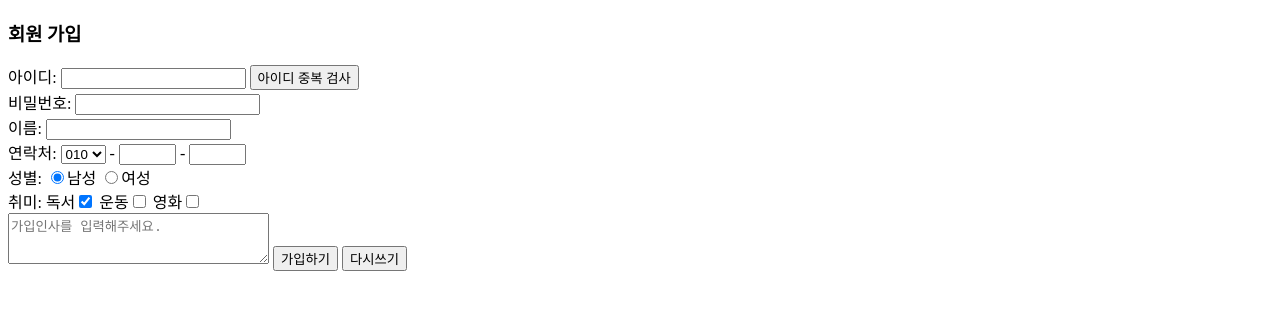
Repository: SJM7301/KH-JSP
Page: http://localhost/JSPBook/ch06/form04.jsp
The author's editor kept a copy of each file at every save. The page is drawn from the files as they stood at one save, then again after the next save.
The browser window is 1280 px wide. The pictures show the whole page.
The page is served by Tomcat 10.

Above is the page before, as saved 2025-02-05 01:11:04.

After the next save:
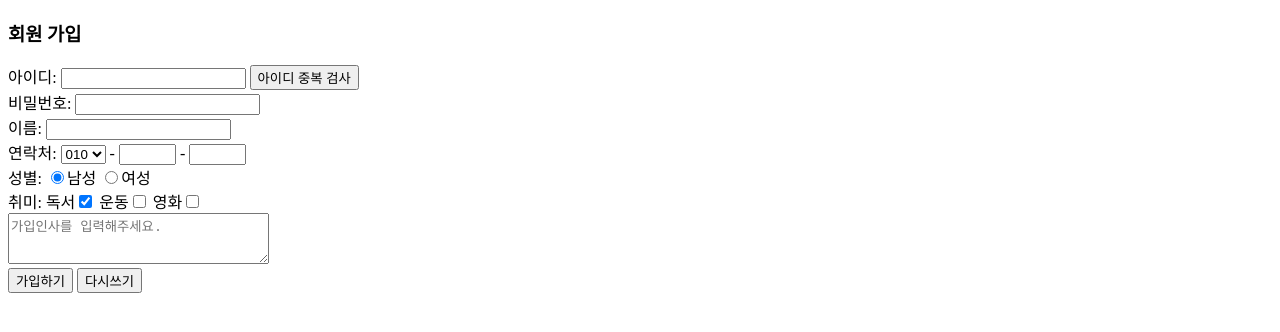
Saved 10 s later.
--- a/JSPBook/src/main/webapp/ch06/form04.jsp
+++ b/JSPBook/src/main/webapp/ch06/form04.jsp
@@ -27,7 +27,7 @@
 			취미: 독서<input type="checkbox" name="hobby1" checked>
 				운동<input type="checkbox" name="hobby2">
 				영화<input type="checkbox" name="hobby3"><br>
-			<textarea rows="3" cols="30" name="comment"placeholder="가입인사를 입력해주세요."></textarea>
+			<textarea rows="3" cols="30" name="comment"placeholder="가입인사를 입력해주세요."></textarea><br>
 			<input type="submit" value="가입하기">
 			<input type="reset" value="다시쓰기">
 		</p>
